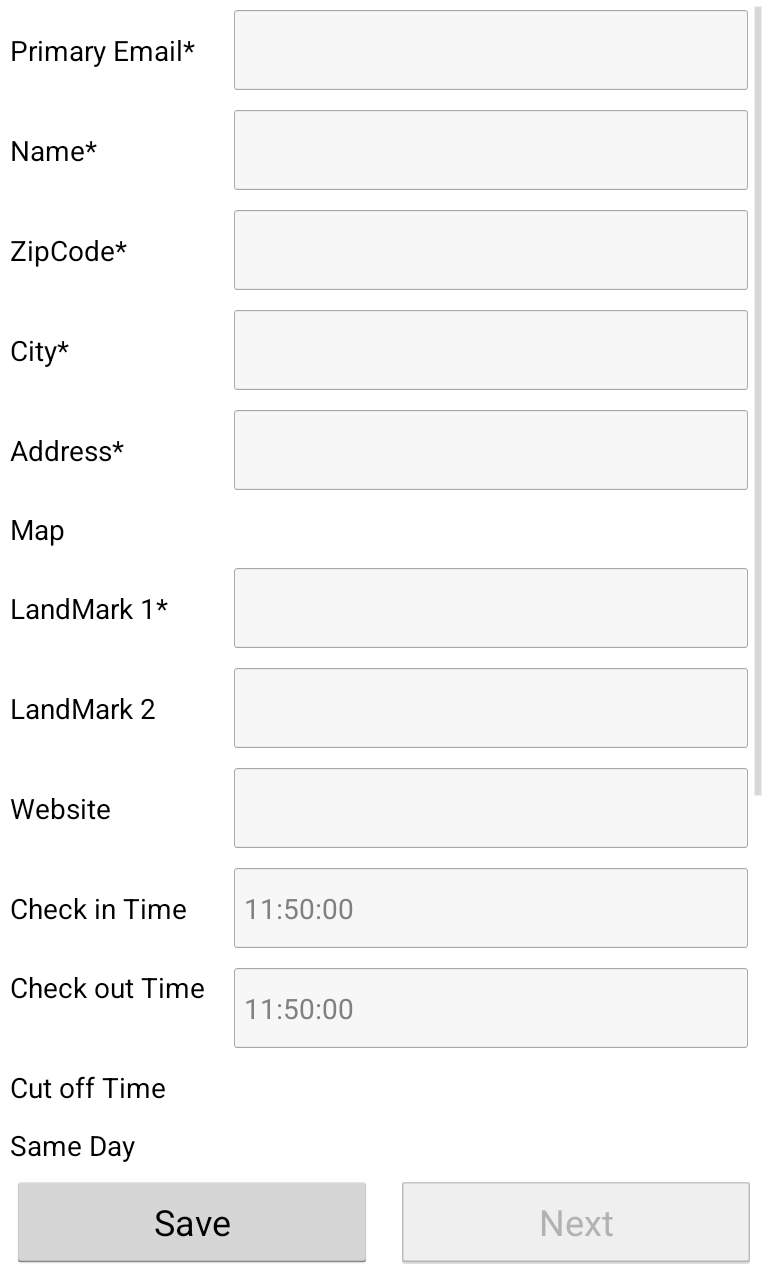
Repository: pankajk7/hotel_mockup
Layout: Hotel_MockUp/res/layout/hotel_creation_layout.xml
These files come from the project's save history. The layout is drawn as it stood at one moment and after the next save; the edit follows.
It is drawn on a 768 x 1280 px phone screen (xhdpi) without system bars, with theme AppTheme; the app's code is not run.

Above is the layout before, as saved 2014-11-05 11:36:48.

### Hotel_MockUp/res/layout/hotel_creation_layout.xml
<?xml version="1.0" encoding="utf-8"?>
<LinearLayout xmlns:android="http://schemas.android.com/apk/res/android"
    android:layout_width="fill_parent"
    android:layout_height="fill_parent"
    android:orientation="vertical" >

    <ScrollView
        android:layout_width="match_parent"
        android:layout_height="match_parent"
        android:layout_weight="1" >

        <LinearLayout
            android:layout_width="match_parent"
            android:layout_height="match_parent"
            android:orientation="vertical" >

            <LinearLayout
                android:layout_width="match_parent"
                android:layout_height="wrap_content"
                android:layout_margin="5dp"
                android:orientation="horizontal" >

                <TextView
                    android:layout_width="match_parent"
                    android:layout_height="match_parent"
                    android:layout_weight="2.5"
                    style="@style/textviewstyle"
                    android:gravity="center_vertical|left"
                    android:text="@string/primaryEmail"
                    android:textSize="14dp" />

                <EditText
                    android:id="@+id/edittext_hotel_creation_email"
                    android:layout_width="match_parent"
                    android:layout_height="40dp"
                    style="@style/edittextstyle"
                    android:layout_marginLeft="5dp"
                    android:layout_marginRight="5dp"
                    android:layout_weight="1"
                    android:inputType="textEmailAddress"
                    android:singleLine="true" />
            </LinearLayout>

            <LinearLayout
                android:layout_width="match_parent"
                android:layout_height="wrap_content"
                android:layout_margin="5dp"
                android:orientation="horizontal" >

                <TextView
                    android:layout_width="match_parent"
                    android:layout_height="match_parent"
                    android:layout_weight="2.5"
                    style="@style/textviewstyle"
                    android:gravity="center_vertical|left"
                    android:text="@string/name" />

                <EditText
                    android:id="@+id/edittext_hotel_creation_name"
                    android:layout_width="match_parent"
                   android:layout_height="40dp"
                    style="@style/edittextstyle"
                    android:layout_marginLeft="5dp"
                    android:layout_marginRight="5dp"
                    android:inputType="textPersonName"
                    android:layout_weight="1" />
            </LinearLayout>

            <LinearLayout
                android:layout_width="match_parent"
                android:layout_height="wrap_content"
                android:layout_margin="5dp"
                android:orientation="horizontal" >

                <TextView
                    android:layout_width="match_parent"
                    android:layout_height="match_parent"
                    android:layout_weight="2.5"
                    style="@style/textviewstyle"
                    android:gravity="center_vertical|left"
                    android:text="@string/zipcode" />

                <EditText
                    android:id="@+id/edittext_hotel_creation_zipcode"
                    android:layout_width="match_parent"
                    android:layout_height="40dp"
                    style="@style/edittextstyle"
                    android:layout_marginLeft="5dp"
                    android:layout_marginRight="5dp"
                    android:maxLength="6"
                    android:layout_weight="1"
                    android:inputType="number"
                    android:singleLine="true"/>
            </LinearLayout>

            <LinearLayout
                android:layout_width="match_parent"
                android:layout_height="wrap_content"
                android:layout_margin="5dp"
                android:orientation="horizontal" >

                <TextView
                    android:layout_width="match_parent"
                    android:layout_height="match_parent"
                    android:layout_weight="2.5"
                    style="@style/textviewstyle"
                    android:gravity="center_vertical|left"
                    android:text="@string/city" />

                <EditText
                    android:id="@+id/edittext_hotel_creation_city"
                    android:layout_width="match_parent"
                    android:layout_height="40dp"
                    style="@style/edittextstyle"
                    android:layout_marginLeft="5dp"
                    android:layout_marginRight="5dp"
                    android:layout_weight="1"
                    android:inputType="textPostalAddress"
                    android:singleLine="true" />
            </LinearLayout>

            <LinearLayout
                android:layout_width="match_parent"
                android:layout_height="wrap_content"
                style="@style/textviewstyle"
                android:layout_margin="5dp"
                android:orientation="horizontal" >

                <TextView
                    android:layout_width="match_parent"
                    android:layout_height="match_parent"
                    android:layout_weight="2.5"
                    style="@style/textviewstyle"
                    android:gravity="center_vertical|left"
                    android:text="@string/address" />

                <EditText
                    android:id="@+id/edittext_hotel_creation_address"
                    android:layout_width="match_parent"
                    android:layout_height="40dp"
                    style="@style/edittextstyle"
                    android:layout_marginLeft="5dp"
                    android:layout_marginRight="5dp"
                    android:layout_weight="1"
                    android:singleLine="true" />
            </LinearLayout>

            <LinearLayout
                android:layout_width="match_parent"
                android:layout_height="wrap_content"
                android:layout_margin="5dp"
                android:orientation="horizontal" >

                <TextView
                    android:layout_width="match_parent"
                    android:layout_height="match_parent"
                    android:layout_weight="2.5"
                    style="@style/textviewstyle"
                    android:gravity="center_vertical|left"
                    android:text="@string/map" />
            </LinearLayout>

            <LinearLayout
                android:layout_width="match_parent"
                android:layout_height="wrap_content"
                android:layout_margin="5dp"
                android:orientation="horizontal" >

                <TextView
                    android:layout_width="match_parent"
                    android:layout_height="match_parent"
                    android:layout_weight="2.5"
                    style="@style/textviewstyle"
                    android:gravity="center_vertical|left"
                    android:text="@string/landmark1" />

                <EditText
                    android:id="@+id/edittext_hotel_creation_landmark1"
                    android:layout_width="match_parent"
                    android:layout_height="40dp"
                    style="@style/edittextstyle"
                    android:layout_marginLeft="5dp"
                    android:layout_marginRight="5dp"
                    android:layout_weight="1"
                    android:singleLine="true" />
            </LinearLayout>

            <LinearLayout
                android:layout_width="match_parent"
                android:layout_height="wrap_content"
                android:layout_margin="5dp"
                android:orientation="horizontal" >

                <TextView
                    android:layout_width="match_parent"
                    android:layout_height="match_parent"
                    android:layout_weight="2.5"
                    style="@style/textviewstyle"
                    android:gravity="center_vertical|left"
                    android:text="@string/landmark2" />

                <EditText
                    android:id="@+id/edittext_hotel_creation_landmark2"
                    android:layout_width="match_parent"
                    android:layout_height="40dp"
                    style="@style/edittextstyle"
                    android:layout_marginLeft="5dp"
                    android:layout_marginRight="5dp"
                    android:layout_weight="1"
                    android:singleLine="true" />
            </LinearLayout>

            <LinearLayout
                android:layout_width="match_parent"
                android:layout_height="wrap_content"
                android:layout_margin="5dp"
                android:orientation="horizontal" >

                <TextView
                    android:layout_width="match_parent"
                    android:layout_height="match_parent"
                    android:layout_weight="2.5"
                    style="@style/textviewstyle"
                    android:gravity="center_vertical|left"
                    android:text="@string/website" />
                <EditText
                    android:id="@+id/edittext_hotel_creation_website"
                    android:layout_width="match_parent"
                    android:layout_height="40dp"
                    style="@style/edittextstyle"
                    android:layout_marginLeft="5dp"
                    android:layout_marginRight="5dp"
                    android:layout_weight="1"
                    android:singleLine="true" />
            </LinearLayout>

             <LinearLayout
                android:layout_width="match_parent"
                android:layout_height="wrap_content"
                android:layout_margin="5dp"
                android:orientation="horizontal" >

                <TextView
                   android:layout_width="match_parent"
                    android:layout_height="match_parent"
                    android:layout_weight="2.5"
                    style="@style/textviewstyle"
                    android:gravity="center_vertical|left"
                    android:text="@string/checkin" />

                <TextView
                    android:id="@+id/textview_hotel_creation_checkin"
                    android:layout_width="match_parent"
                    android:layout_height="40dp"
                    style="@style/edittextstyle"
                    android:layout_marginLeft="5dp"
                    android:layout_marginRight="5dp"
                    android:layout_weight="1"
                    android:gravity="center_vertical|left"
                    android:hint="11:50:00"
                    android:singleLine="true" />

            </LinearLayout>



            <LinearLayout
                android:layout_width="match_parent"
                android:layout_height="wrap_content"
                android:layout_margin="5dp"
                android:orientation="horizontal" >

                <TextView
                    android:layout_width="match_parent"
                    android:layout_height="match_parent"
                    android:layout_weight="2.5"
                    style="@style/textviewstyle"
                    android:text="@string/checkout" />

                <TextView
                    android:id="@+id/textview_hotel_creation_checkout"
                    android:layout_width="match_parent"
                    android:layout_height="40dp"
                    style="@style/edittextstyle"
                    android:layout_marginLeft="5dp"
                    android:layout_marginRight="5dp"
                    android:layout_weight="1"
                    android:gravity="center_vertical|left"
                    android:hint="11:50:00"
                    android:singleLine="true" />

            </LinearLayout>

            <LinearLayout
                android:layout_width="match_parent"
                android:layout_height="wrap_content"
                android:layout_margin="5dp"
                android:orientation="horizontal" >

                <TextView
                    android:layout_width="match_parent"
                    android:layout_height="match_parent"
                    android:layout_weight="4"
                    style="@style/textviewstyle"
                    android:text="@string/cutoff" />
            </LinearLayout>

            <LinearLayout
                android:layout_width="match_parent"
                android:layout_height="wrap_content"
                android:layout_margin="5dp"
                android:orientation="horizontal" >

                <TextView
                    android:layout_width="match_parent"
                    android:layout_height="match_parent"
                    android:layout_weight="2.5"
                    style="@style/textviewstyle"
                    android:gravity="center_vertical|left"
                    android:text="@string/sameday" />

            </LinearLayout>

            <LinearLayout
                android:layout_width="match_parent"
                android:layout_height="wrap_content"
                android:layout_margin="5dp"
                android:orientation="horizontal" >

                <TextView
                    android:layout_width="match_parent"
                    android:layout_height="match_parent"
                    android:layout_weight="4"
                    style="@style/textviewstyle"
                    android:text="@string/days" />
            </LinearLayout>

            <LinearLayout
                android:layout_width="match_parent"
                android:layout_height="wrap_content"
                android:layout_margin="5dp"
                android:orientation="horizontal" >

                <TextView
                    android:layout_width="match_parent"
                    android:layout_height="match_parent"
                    android:layout_weight="2.5"
                    style="@style/textviewstyle"
                    android:gravity="center_vertical|left"
                    android:text="@string/totalroom" />
                <EditText
                    android:id="@+id/edittext_hotel_creation_totalroom"
                    android:layout_width="match_parent"
                    android:layout_height="40dp"
                    style="@style/edittextstyle"
                    android:layout_marginLeft="5dp"
                    android:layout_marginRight="5dp"
                    android:layout_weight="1"
                    android:singleLine="true" />
            </LinearLayout>

            <LinearLayout
                android:layout_width="match_parent"
                android:layout_height="wrap_content"
                android:layout_margin="5dp"
                android:orientation="horizontal" >

                <TextView
                     android:layout_width="match_parent"
                    android:layout_height="match_parent"
                    android:layout_weight="2.5"
                    style="@style/textviewstyle"
                    android:gravity="center_vertical|left"
                    android:text="@string/facilities" />
            </LinearLayout>

            <LinearLayout
                android:layout_width="match_parent"
                android:layout_height="wrap_content"
                android:layout_margin="5dp"
                android:orientation="horizontal" >

                <TextView
                    android:layout_width="match_parent"
                    android:layout_height="match_parent"
                    android:layout_weight="2.5"
                    style="@style/textviewstyle"
                    android:gravity="center_vertical|left"
                    android:text="@string/Description" />
                <EditText
                    android:id="@+id/edittext_hotel_creation_description"
                    android:layout_width="match_parent"
                    android:layout_height="40dp"
                    style="@style/edittextstyle"
                    android:layout_marginLeft="5dp"
                    android:layout_marginRight="5dp"
                    android:layout_weight="1"
                    android:singleLine="true" />
            </LinearLayout>

            <LinearLayout
                android:layout_width="match_parent"
                android:layout_height="wrap_content"
                android:layout_margin="5dp"
                android:orientation="horizontal" >

                <TextView
                    android:layout_width="match_parent"
                    android:layout_height="match_parent"
                    android:layout_weight="2.5"
                    style="@style/textviewstyle"
                    android:gravity="center_vertical|left"
                    android:text="@string/twitterlink" />
                <EditText
                    android:id="@+id/edittext_hotel_creation_twitter"
                    android:layout_width="match_parent"
                    android:layout_height="40dp"
                    style="@style/edittextstyle"
                    android:layout_marginLeft="5dp"
                    android:layout_marginRight="5dp"
                    android:layout_weight="1"
                    android:singleLine="true" />
            </LinearLayout>

            <LinearLayout
                android:layout_width="match_parent"
                android:layout_height="wrap_content"
                android:layout_margin="5dp"
                android:orientation="horizontal" >

                <TextView
                    android:layout_width="match_parent"
                    android:layout_height="match_parent"
                    android:layout_weight="2.5"
                    style="@style/textviewstyle"
                    android:gravity="center_vertical|left"
                    android:text="@string/facebooklink" />
                <EditText
                    android:id="@+id/edittext_hotel_creation_facebook"
                    android:layout_width="match_parent"
                    android:layout_height="40dp"
                    style="@style/edittextstyle"
                    android:layout_marginLeft="5dp"
                    android:layout_marginRight="5dp"
                    android:layout_weight="1"
                    android:singleLine="true" />
            </LinearLayout>
        </LinearLayout>
    </ScrollView>

    <LinearLayout
        android:layout_width="match_parent"
        android:layout_height="wrap_content"
        android:layout_weight="0"
        android:gravity="center"
        android:orientation="horizontal">
        <Button
            android:id="@+id/button_hotel_cration_save"
            android:layout_width="match_parent"
            android:layout_height="match_parent"
            android:layout_weight="1"
            android:layout_margin="5dp"
            android:text="Save"/>
        <Button
            android:id="@+id/button_hotel_cration_next"
            android:layout_width="match_parent"
            android:layout_height="match_parent"
            android:layout_weight="1"
            android:layout_margin="5dp"
            android:text="Next"
            android:enabled="false"/>
    </LinearLayout>

</LinearLayout>

### Hotel_MockUp/res/values/styles.xml
<resources xmlns:android="http://schemas.android.com/apk/res/android">

    <!--
        Base application theme, dependent on API level. This theme is replaced
        by AppBaseTheme from res/values-vXX/styles.xml on newer devices.
    -->
    <style name="AppBaseTheme" parent="@android:style/Theme.Holo.Light">
        <!--
            Theme customizations available in newer API levels can go in
            res/values-vXX/styles.xml, while customizations related to
            backward-compatibility can go here.
        -->
    </style>

    <!-- Application theme. -->
    <style name="AppTheme" parent="@android:style/Theme.Holo.Light">
        <!-- All customizations that are NOT specific to a particular API-level can go here. -->
    </style>

    <style name="edittextstyle" parent="AppBaseTheme">
        <item name="android:background">@drawable/edittext_background</item>
        <item name="android:textColor">#000</item>
        <item name="android:padding">5dp</item>
    </style>

    <style name="textviewstyle" parent="AppBaseTheme">
        <item name="android:textColor">#000</item>
    </style>

</resources>

### Hotel_MockUp/res/values/strings.xml
<?xml version="1.0" encoding="utf-8"?>
<resources>

    <string name="app_name">Hotel MockUp</string>
    <string name="hello_world">Hello world!</string>
    <string name="title_activity_base">BaseActivity</string>
    <string name="steps">Steps %1$d of 4</string>
    <string name="primaryEmail">Primary Email*</string>
    <string name="name">Name*</string>
    <string name="zipcode">ZipCode*</string>
    <string name="city">City*</string>
    <string name="address">Address*</string>
    <string name="map">Map</string>
    <string name="landmark1">LandMark 1*</string>
    <string name="landmark2">LandMark 2</string>
    <string name="website">Website</string>
    <string name="checkin">Check in Time</string>
    <string name="checkout">Check out Time</string>
    <string name="cutoff">Cut off Time</string>
    <string name="sameday">Same Day</string>
    <string name="days">Days</string>
    <string name="totalroom">Total no. of rooms</string>
    <string name="facilities">Select Facilities</string>
    <string name="Description">Description</string>
    <string name="twitterlink">Twitter Link</string>
    <string name="facebooklink">Facebook Link</string>
    <string name="title_activity_information">InformationActivity</string>
    <string name="primary_contact_information">Primary Contact Information</string>
    <string name="primary_landline">Landline No.</string>
    <string name="primary_mobile">Mobile No.</string>
    <string name="primary_email">Email</string>
    <string name="billing_landline">LandLine No.</string>
    <string name="billing_mobile">Mobile No.</string>
    <string name="billing_email">mobile</string>
    <string name="owner_landline">LandLine No.</string>
    <string name="owner_mobile">Mobile No.</string>
    <string name="owner_email">mobile</string>
    <string name="billing_contact_information">Billing Contact Information</string>
    <string name="owner_contact_information">Owner Contact Information</string>
    <string name="title_activity_image">ImageActivity</string>
    <string name="title_activity_cancellation_policy">CancellationPolicyActivity</string>

    <string-array name="Days">
        <item>Day of arrival (Check in time)</item>
        <item>day 1</item>
        <item>day 2</item>
        <item>day 3</item>
        <item>day 7</item>
        <item>day 14</item>
    </string-array>
    <string-array name="Condition">
        <item>of the first night</item>
        <item>of the full stay</item>
    </string-array>

    <string name="condition_prompt">Select Days</string>

    <string name="title_activity_login">LoginActivity</string>

</resources>

### Hotel_MockUp/res/values-v11/styles.xml
<resources>

    <!--
        Base application theme for API 11+. This theme completely replaces
        AppBaseTheme from res/values/styles.xml on API 11+ devices.
    -->
    <style name="AppBaseTheme" parent="">
        <!-- API 11 theme customizations can go here. -->
    </style>

</resources>

### Hotel_MockUp/res/values-v14/styles.xml
<resources>

    <!--
        Base application theme for API 14+. This theme completely replaces
        AppBaseTheme from BOTH res/values/styles.xml and
        res/values-v11/styles.xml on API 14+ devices.
    -->
    <style name="AppBaseTheme" parent="">
        <!-- API 14 theme customizations can go here. -->
    </style>

</resources>

After the next save:
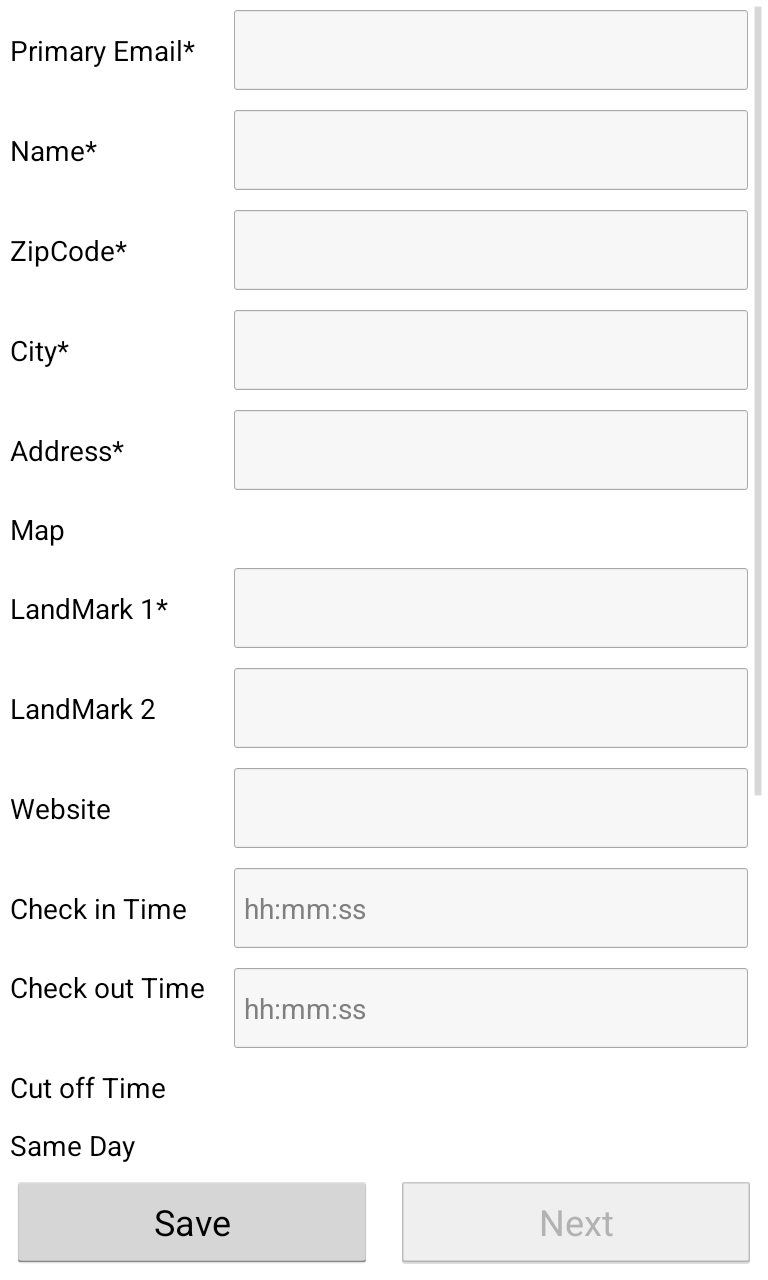
Saved 22 s later.
--- a/Hotel_MockUp/res/layout/hotel_creation_layout.xml
+++ b/Hotel_MockUp/res/layout/hotel_creation_layout.xml
@@ -257,7 +257,7 @@
                     android:layout_marginRight="5dp"
                     android:layout_weight="1"
                     android:gravity="center_vertical|left"
-                    android:hint="11:50:00"
+                    android:hint="hh:mm:ss"
                     android:singleLine="true" />
 
             </LinearLayout>
@@ -286,7 +286,7 @@
                     android:layout_marginRight="5dp"
                     android:layout_weight="1"
                     android:gravity="center_vertical|left"
-                    android:hint="11:50:00"
+                    android:hint="hh:mm:ss"
                     android:singleLine="true" />
 
             </LinearLayout>
